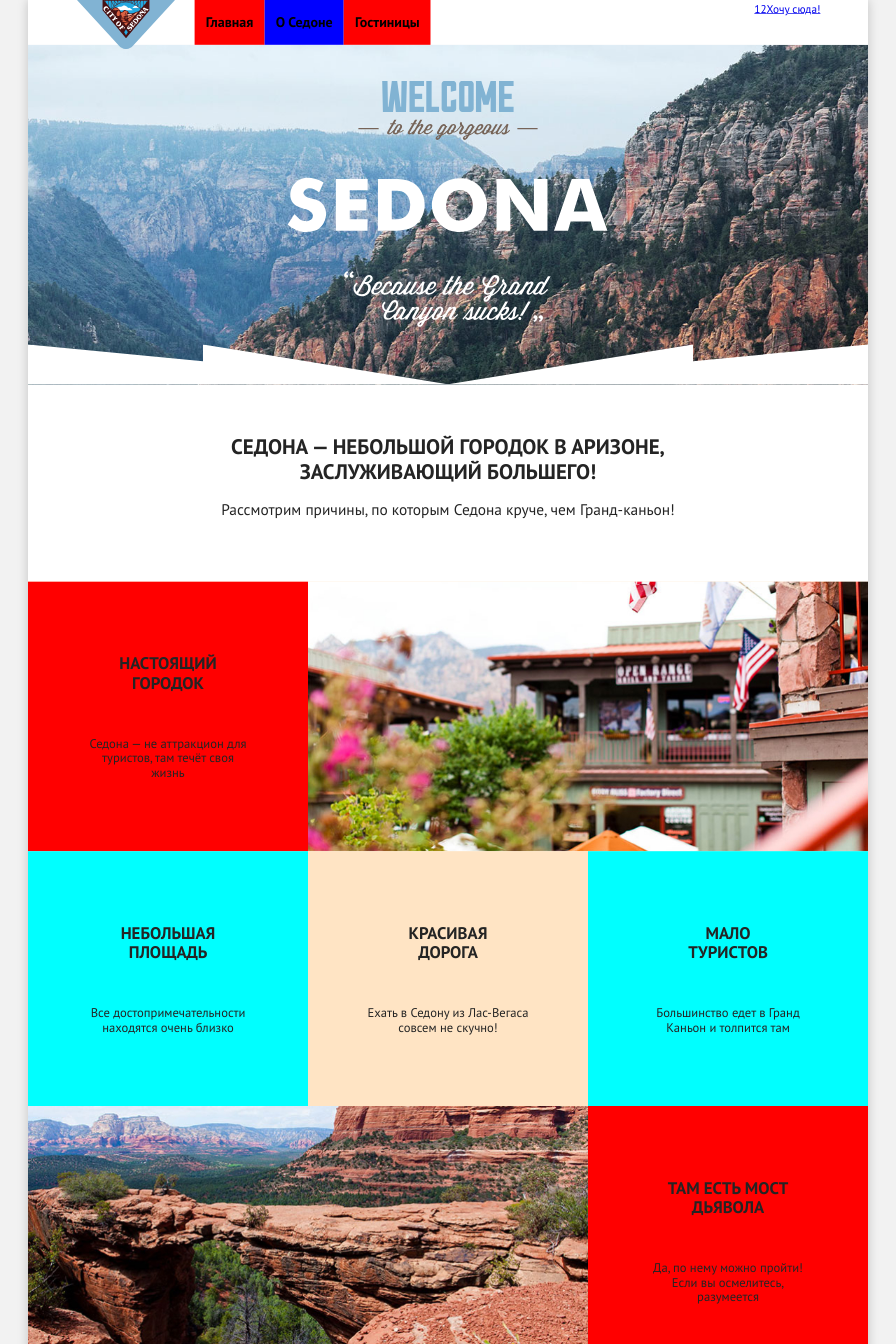
Repository: zakhgagne/2512253-sedona-1
Page: index.html
These files come from the project's save history. The page is drawn as it stood at one moment and after the next save; the edit follows.
The browser window is 1280 px wide. The pictures show the part of the page from y = 0 to 1920 px (the page is 4163 px tall), at 70% of full size.

Above is the page before, as saved 2024-05-11 11:39:46.

After the next save:
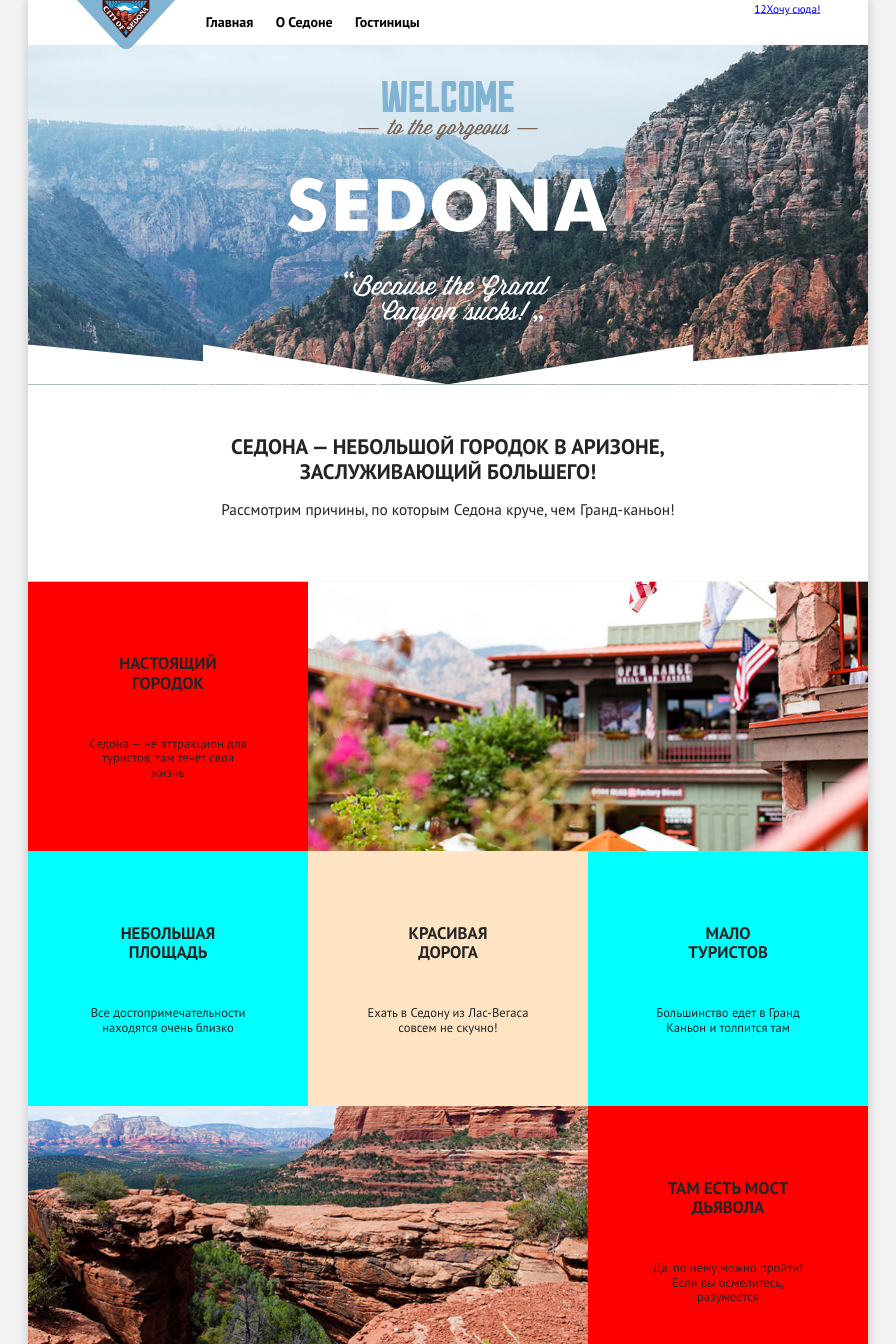
Saved 2 min 51 s later.
--- a/styles/styles.css
+++ b/styles/styles.css
@@ -77,15 +77,15 @@ body {
 }
 
 .menu-item:nth-child(1) {
-  background-color: red;
+  /* background-color: red; */
 }
 
 .menu-item:nth-child(2) {
-  background-color: blue;
+  /* background-color: blue; */
 }
 
 .menu-item:nth-child(3) {
-  background-color: red;
+  /* background-color: red; */
 }
 
 .user-menu {
